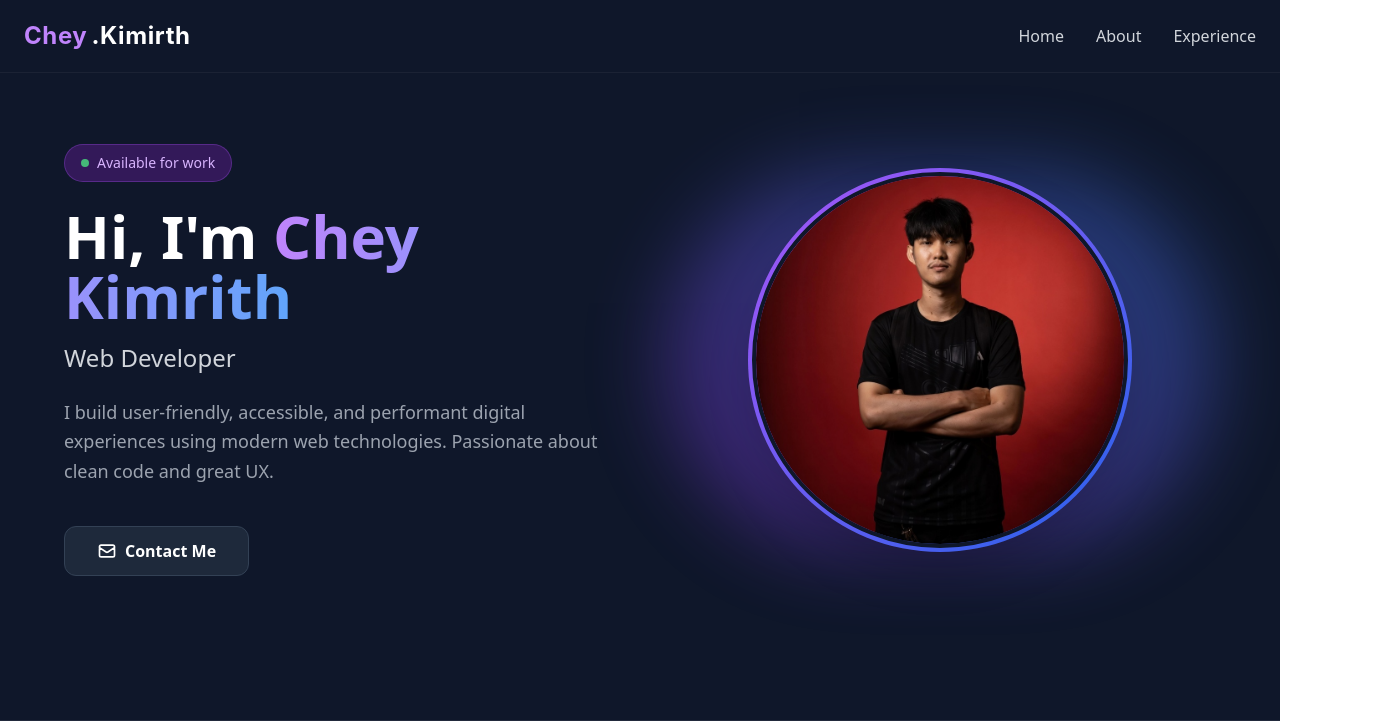
Repository: Kimrith/my-cv
Page: /
The author's editor kept a copy of each file at every save. The page is drawn from the files as they stood at one save, then again after the next save.
The browser window is 1280 px wide. The page is 1380 px wide, then 1280 px, then 1380 px, so the pictures cover 1380 px, including what lies to the right of the window. The pictures show the part of the page from y = 0 to 721 px (the page is 4190 px tall before and 720 px after).
Pictures or frames that could not be fetched are drawn as grey boxes. Some web libraries are served in a nearby version. The project was rebuilt for these pictures with package versions that can differ from the ones it lists, and the page was loaded fresh each time. Also part of the build but not shown: vite.config.js, src/Layout/footer.jsx.

Above is the page before, as saved 2026-03-10 02:12:43.

After the next save:
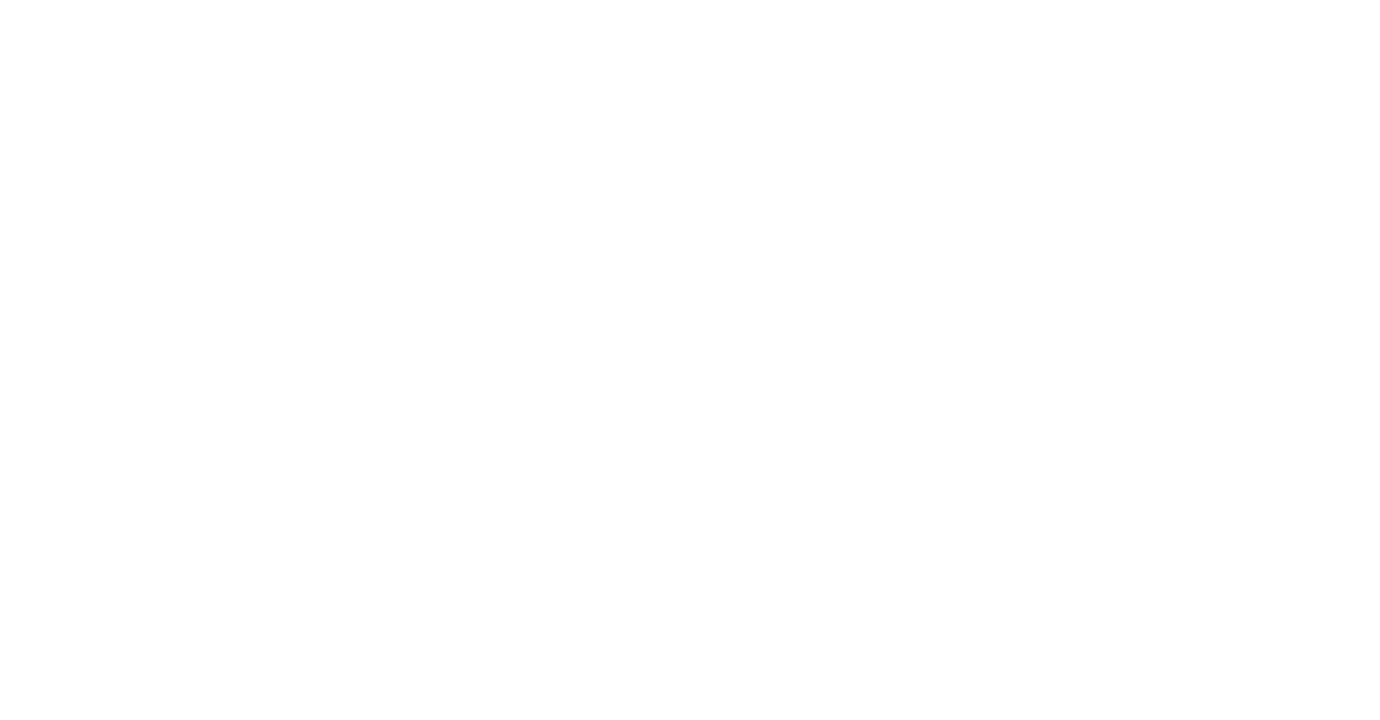
Console error: ReferenceError: animarion is not defined
Saved 29 s later.
--- a/src/Layout/home.jsx
+++ b/src/Layout/home.jsx
@@ -51,7 +51,7 @@
     return () => window.removeEventListener("scroll", handleScroll);
   }, []);
 
-  useEffect(() => {
+  animarion(() => {
     AOS.init({
       duration: 2000,
       once: true,

After the save that followed:
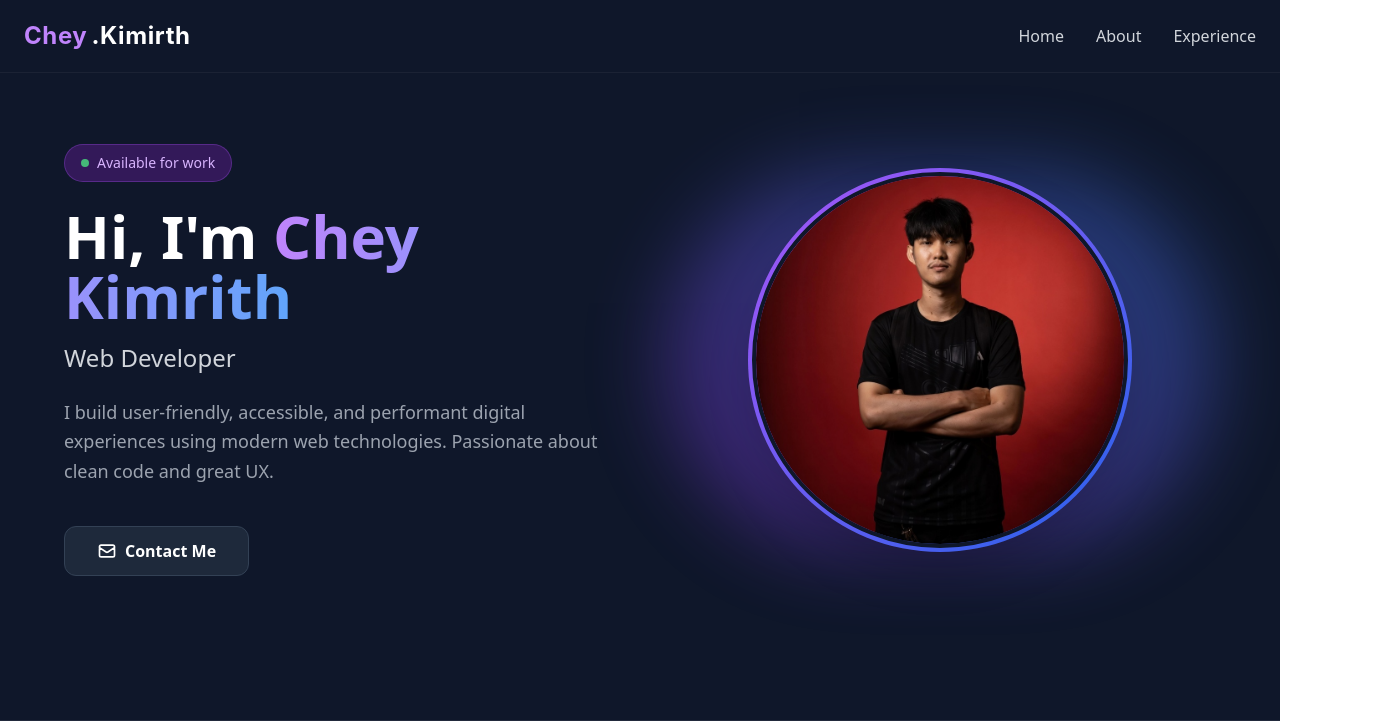
The error is gone.
Saved 58 s later.
--- a/src/Layout/home.jsx
+++ b/src/Layout/home.jsx
@@ -47,11 +47,13 @@
     const handleScroll = () => {
       setIsScrolled(window.scrollY > 20);
     };
+
     window.addEventListener("scroll", handleScroll);
+
     return () => window.removeEventListener("scroll", handleScroll);
   }, []);
 
-  animarion(() => {
+  useEffect(() => {
     AOS.init({
       duration: 2000,
       once: true,
